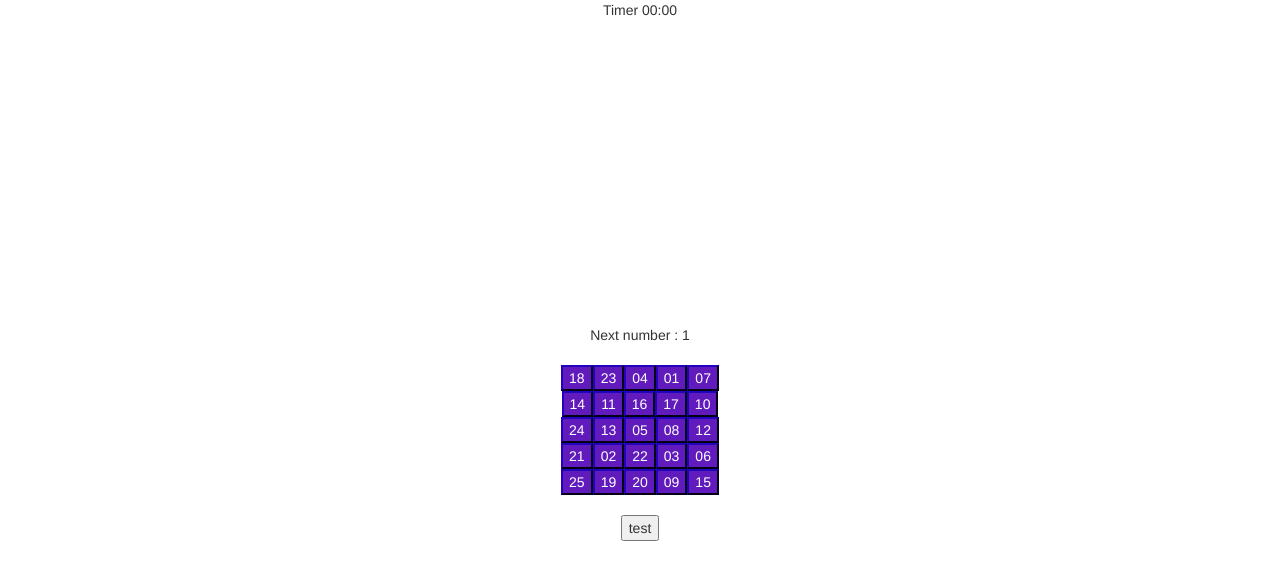
Repository: mikelily/lab
Page: oneTo25/game.2.html
The author's editor kept a record of every edit. The page is drawn from the files as they stood at one moment, then again after the next edit.
The browser window is 1280 px wide. The pictures show the whole page.

Above is the page before.

### oneTo25/game.2.html
<!DOCTYPE html>
<html>
    <head>
        <meta charset="UTF-8">
        <title>1 - 25</title>

        <meta name="viewport" content="width=device-width, initial-scale=1">
        <link href="css/bootstrap.min.css" rel="stylesheet">
        <link href="css/bootstrap-button.css" rel="stylesheet">

        <link href="css/style_ok.css" rel="stylesheet">
        <script type="text/javascript" src="js/jquery.js"></script>
        <script>
            var oneTo25 = [];
            // var oneTo25Random = [];
            for (var i=0;i<25;i++){
                if(i<9){
                    oneTo25[i] = "0"+(i+1);
                }else
                    oneTo25[i] = i+1;
            }

            $(document).ready(function () {
                placeBtn();
            });

            $(".num25").each(function (key, obj) {
                $(obj).data("num25", oneTo25[key]);
            })

            function placeBtn(){
                $("#nextN").text(nextNum);
                var html = "";
                var brNow = 0;
                random25();
                for (i = 0 ; i < 25 ; i++){
                    if(brNow==5){
                        html += "<br>";
                        brNow =0;
                    }
                    html += '<button type="button" name="btn'+oneTo25[i]+'" id="btn'+
                    oneTo25[i]+'"class="num25 btn-num" data-num25="btn'+oneTo25[i]+
                    '" onclick="btnClick('+oneTo25[i]+')">'+oneTo25[i]+' </button>';
                    brNow++;
                }
                $("#container").html(html);

            }
        </script>
    </head>
    <body>
        <center>
            <div> Timer 00:00</div>
            <canvas id="canvas" width=300 height=300></canvas>
            <div>
                <text>Next number : </text>
                <text id="nextN"></text>
            </div>
            <br>
            <div id="container"></div><br>
            <div>
                <button onclick="btnTest()">test</button>
            </div>
            <script>


            function btnTest(){
                placeBtn();
            }

            var nextNum = 1;
            var rightNum = -1;

            function btnClick(i){
                console.log(i);
                if(nextNum == i){
                    nextNum++;  //if nextNum == 26 -> End Game
                    if (nextNum == 26){
                        nextNum = 1;
                        //endGame
                    }


                    $("#nextN").text(nextNum);

                    if(i<10){
                        $("#btn0"+i).prop('disabled', true);
                        $("#btn0"+i).removeClass("btn-num");
                        $("#btn0"+i).addClass("btn-numC");
                    }else{
                        $("#btn"+i).prop('disabled', true);
                        $("#btn"+i).removeClass("btn-num");
                        $("#btn"+i).addClass("btn-numC");
                    }
                }


                //console.log(i);
            }

            function random25(){
                for(var i=0;i<50;i++){  //打亂50次
                    var twoNum = getRandomArray(0,24,2);
                    var j = twoNum[0];
                    var k = twoNum[1];
                    var temp = "";
                    temp = oneTo25[j];
                    oneTo25[j] = oneTo25[k];
                    oneTo25[k] = temp;
                    //console.log("第"+(i+1)+"次：change "+j+" , "+k);

                }
            }

            // =========Timer Code 1=========
            // var canvas=document.getElementById("canvas");
            // var ctx=canvas.getContext("2d");
            // var cw=canvas.width;
            // var ch=canvas.height;


            // var timers=[];
            // timers.push({delay:50,nextFireTime:0,doFunction:doTimers,counter:0});
            // timers.push({delay:1000,nextFireTime:0,doFunction:doTimers,counter:0});
            // timers.push({delay:5000,nextFireTime:0,doFunction:doTimers,counter:0});

            // requestAnimationFrame(timerLoop);

            // function timerLoop(currentTime){
            //   requestAnimationFrame(timerLoop);

            //   for(var i=0;i<timers.length;i++){
            //     if(currentTime>timers[i].nextFireTime){
            //       var t=timers[i];
            //       t.nextFireTime=currentTime+t.delay;
            //       t.doFunction(t,i);
            //     }
            //   }

            // }

            // function doTimers(t,i){
            //   ctx.clearRect(0,100+i*20-20,cw,20);
            //   ctx.fillText('Timer#'+i+' with '+t.delay+'ms delay has fired '+(++t.counter)+' times.',20,100+20*i);
            // }
            // =========Timer Code 1=========


            function getRandom(minNum, maxNum) {	//取得 minNum(最小值) ~ maxNum(最大值) 之間的亂數
            	return Math.floor( Math.random() * (maxNum - minNum + 1) ) + minNum;
            }

            function getRandomArray(minNum, maxNum, n) {	//隨機產生不重覆的n個數字
            	var rdmArray = [n];		//儲存產生的陣列

            	for(var i=0; i<n; i++) {
            		var rdm = 0;		//暫存的亂數

            		do {
            			var exist = false;			//此亂數是否已存在
            			rdm = getRandom(minNum, maxNum);	//取得亂數

            			//檢查亂數是否存在於陣列中，若存在則繼續回圈
            			if(rdmArray.indexOf(rdm) != -1) exist = true;

            		} while (exist);	//產生沒出現過的亂數時離開迴圈

            		rdmArray[i] = rdm;
            	}
            	return rdmArray;
            }
            </script>
        </center>
    </body>
</html>

### oneTo25/css/bootstrap-button.css
.btn-num {
  color: #ffffff;
  background-color: #611BBD;
  border-color: #130269;
  /*size: 20;*/
}

.btn-num:hover,
.btn-num:focus,
.btn-num:active,
.btn-num.active,
.open .dropdown-toggle.btn-num {
  color: #ffffff;
  background-color: #49247A;
  border-color: #130269;
}

.btn-num:active,
.btn-num.active,
.open .dropdown-toggle.btn-num {
  background-image: none;
}

.btn-num.disabled,
.btn-num[disabled],
fieldset[disabled] .btn-num,
.btn-num.disabled:hover,
.btn-num[disabled]:hover,
fieldset[disabled] .btn-num:hover,
.btn-num.disabled:focus,
.btn-num[disabled]:focus,
fieldset[disabled] .btn-num:focus,
.btn-num.disabled:active,
.btn-num[disabled]:active,
fieldset[disabled] .btn-num:active,
.btn-num.disabled.active,
.btn-num[disabled].active,
fieldset[disabled] .btn-num.active {
  background-color: #611BBD;
  border-color: #130269;
}

.btn-num .badge {
  color: #611BBD;
  background-color: #ffffff;
}

/*=============================*/

.btn-numC {
  color: #ffffff;
  background-color: #E8E1F2;
  border-color: #F3F2FA;
}

.btn-numC:hover,
.btn-numC:focus,
.btn-numC:active,
.btn-numC.active,
.open .dropdown-toggle.btn-numC {
  color: #ffffff;
  background-color: #F0EAF7;
  border-color: #F3F2FA;
}

.btn-numC:active,
.btn-numC.active,
.open .dropdown-toggle.btn-numC {
  background-image: none;
}

.btn-numC.disabled,
.btn-numC[disabled],
fieldset[disabled] .btn-numC,
.btn-numC.disabled:hover,
.btn-numC[disabled]:hover,
fieldset[disabled] .btn-numC:hover,
.btn-numC.disabled:focus,
.btn-numC[disabled]:focus,
fieldset[disabled] .btn-numC:focus,
.btn-numC.disabled:active,
.btn-numC[disabled]:active,
fieldset[disabled] .btn-numC:active,
.btn-numC.disabled.active,
.btn-numC[disabled].active,
fieldset[disabled] .btn-numC.active {
  background-color: #E8E1F2;
  border-color: #F3F2FA;
}

.btn-numC .badge {
  color: #E8E1F2;
  background-color: #ffffff;
}

### oneTo25/css/style_ok.css
/* Base styles (regardless of theme) */
.bs-callout {
    margin: 20px 0;
    padding: 15px 30px 15px 15px;
    border-left: 5px solid #eee;
}

.bs-callout h4 {
    margin-top: 0;
}

.bs-callout p:last-child {
    margin-bottom: 0;
}

.bs-callout code,
.bs-callout .highlight {
    background-color: #fff;
}

/* Themes for different contexts */
.bs-callout-danger {
    background-color: #fcf2f2;
    border-color: #dFb5b4;
}

.bs-callout-warning {
    background-color: #fefbed;
    border-color: #f1e7bc;
}

.bs-callout-info {
    background-color: #f0f7fd;
    border-color: #d0e3f0;
}

.bs-callout-danger h4,
.bs-callout-danger a.alert-link {
    color: #B94A48;
}

.bs-callout-warning h4,
.bs-callout-warning a.alert-link {
    color: #C09853;
}

.bs-callout-info h4,
.bs-callout-info a.alert-link {
    color: #3A87AD;
}

.bs-callout a.alert-link {
    font-weight: bold;
}

Loaded but not shown: oneTo25/css/bootstrap.min.css (library); oneTo25/js/jquery.js (library)

After the next edit:
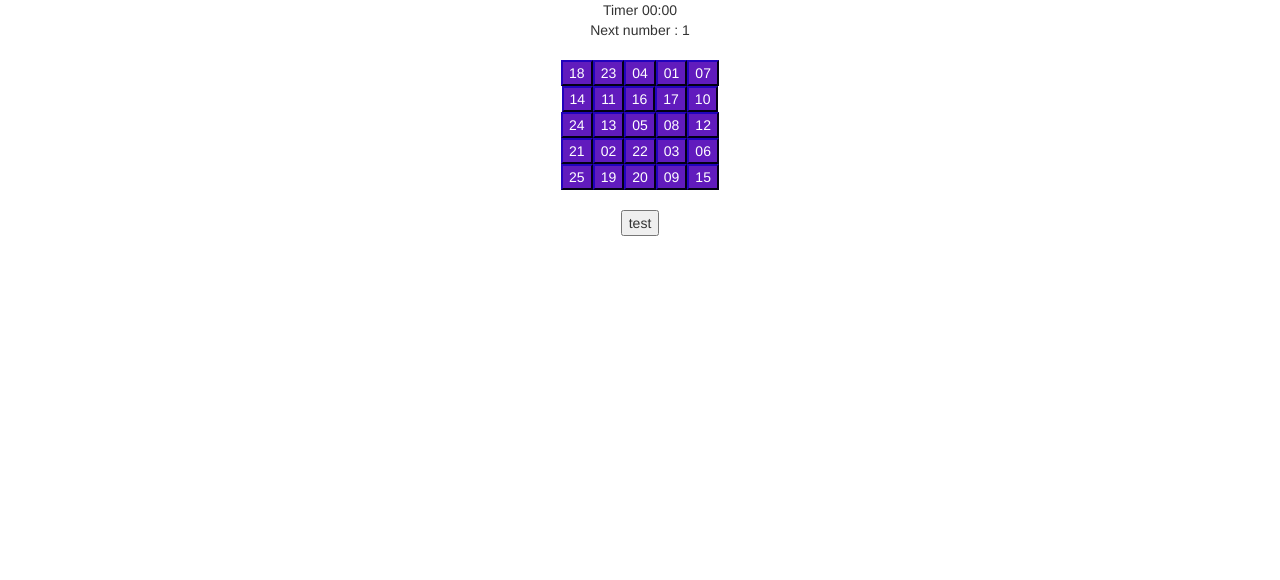
The edit:
--- a/oneTo25/game.2.html
+++ b/oneTo25/game.2.html
@@ -51,7 +51,7 @@
     <body>
         <center>
             <div> Timer 00:00</div>
-            <canvas id="canvas" width=300 height=300></canvas>
+            <!--<canvas id="canvas" width=300 height=300></canvas>-->
             <div>
                 <text>Next number : </text>
                 <text id="nextN"></text>
